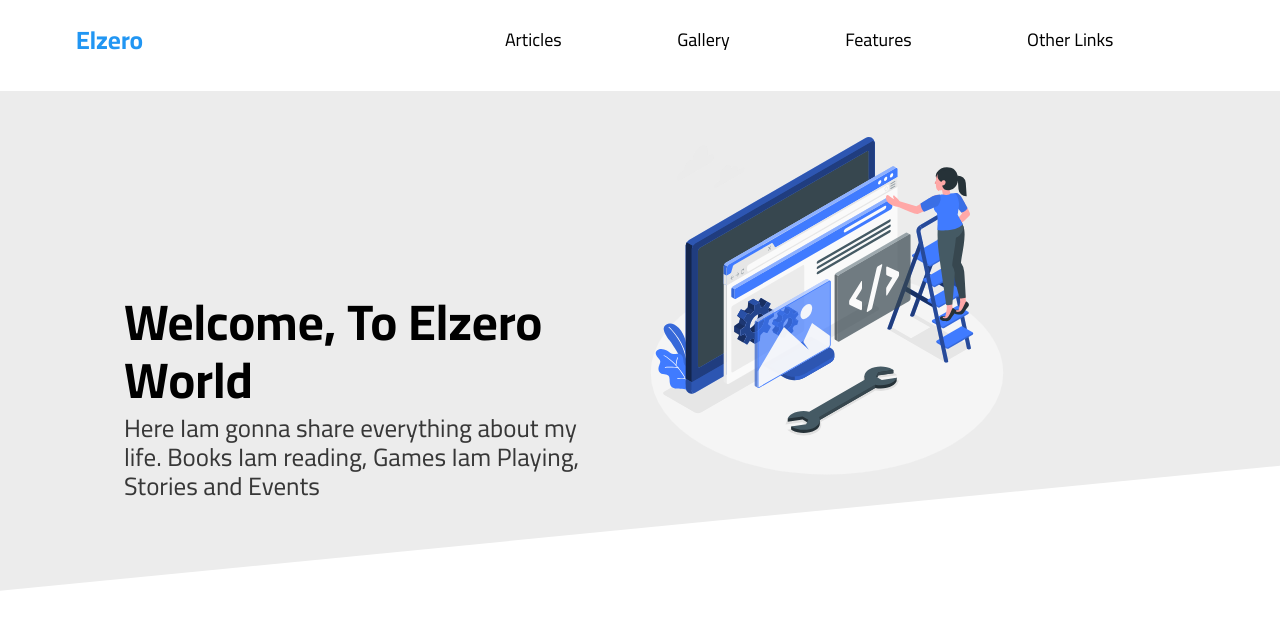
Repository: Toqa-25/elzeroAcdemey-Templete
Page: index.html
These files come from the project's save history. The page is drawn as it stood at one moment and after the next save; the edit follows.
The browser window is 1280 px wide. The pictures show the whole page.

Above is the page before, as saved 2022-01-16 21:43:43.

### index.html
<!DOCTYPE html>
<html lang="en">
<head>
    <meta charset="UTF-8">
    <meta http-equiv="X-UA-Compatible" content="IE=edge">
    <meta name="viewport" content="width=device-width, initial-scale=1.0">
    <!-- normalize file -->
    <link rel="stylesheet" href="css/normalize.css">
    <!-- css files -->
    <link rel="stylesheet" href="css/style.css">
    <!-- fontAwosem file -->
    <link rel="stylesheet" href="css/all.min.css">
     <!-- font files -->
     <link rel="preconnect" href="https://fonts.googleapis.com">
    <link rel="preconnect" href="https://fonts.gstatic.com" crossorigin>
    <link href="https://fonts.googleapis.com/css2?family=Cairo:wght@200;400;700;800;900&display=swap" rel="stylesheet">
    <!-- page title -->
    <title>templete 3</title>
</head>
<body>
    <!-- header section -->
    <header id="" class="">
        <div class="container">
            <div class="header-content">
                <div class="header-content-logo">
                    <a href="index.html" class="logo link-none">Elzero</a>
                </div>
                <nav>
                    <ul class="nav-list unlist">
                        <li class="nav-list-item"> <a href="" class="link-none  link-style" id="articles">articles</a></li>
                        <li class="nav-list-item"> <a href="" class="link-none  link-style" id="gallery">gallery</a></li>
                        <li class="nav-list-item"> <a href="" class="link-none  link-style" id="features">features</a></li>
                        <li class="nav-list-item" id="parent-other-links"> <a href="javascript:;" class="link-none  link-style " >other links</a>
                            <div class="other-links " id="child-other-links">
           <div class="other-links-content">
            <div class="other-links-content-img">
                <img src="images/header/Video files-amico.svg" alt="">
            </div>

            <ul class="other-links-list unlist">
            <div class="other-links-list-group-one">
              <li id="" class="other-links-list-item"><a href="" class="link-none  link-style "><i class="far fa-comments"></i> testimonials</a></li>
              <li id="" class="other-links-list-item"><a href="" class="link-none  link-style "><i class="far fa-user"></i> team member</a></li>
              <li id="" class="other-links-list-item"><a href="" class="link-none  link-style"><i class="far fa-building"></i> services</a></li>
              <li id="" class="other-links-list-item"><a href="" class="link-none  link-style"><i class="far fa-check-circle"></i> our skils</a></li>
              <li id="" class="other-links-list-item"><a href="" class="link-none  link-style"><i class="far fa-clipboard"></i> how it work</a></li>
            </div>
            <div class="other-links-list-group-one">
                <li id="" class="other-links-list-item"><a href="" class="link-none  link-style"><i class="far fa-calendar-alt"></i> events</a></li>
                <li id="" class="other-links-list-item"><a href="" class="link-none  link-style"><i class="fas fa-server"></i> pricing planes</a></li>
                <li id="" class="other-links-list-item"><a href="" class="link-none  link-style"><i class="far fa-play-circle"></i> top video</a></li>
                <li id="" class="other-links-list-item"><a href="" class="link-none  link-style"><i class="fas fa-chart-bar"></i> states</a></li>
                <li id="" class="other-links-list-item"><a href="" class="link-none  link-style"><i class="fas fa-percent"></i> request a discount</a></li>
            </div>
        </ul>
       </div>
       </div>
                        </li>

                    </ul>
                </nav>
            </div>
        </div>
    </header>
    <!-- welcom section -->
    <section id="welcome" class="welcome">
        <div class="container">
            <div class="welcome-content">
                <div class="welcome-content-info">
                    <h1 class="welcome-content-info-head">welcome, to elzero world</h1>
                    <p class="welcome-content-info-text">Here Iam gonna share everything about my life. Books Iam reading, Games Iam Playing, Stories and Events</p>
                </div>
                <div class="welcome-content-img">
                    <img src="images/welcome/Website setup-amico.svg" alt="" srcset="">
                </div>
            </div>
        </div>

    </section>


       <script src="script.js">

       </script>
</body>
</html>

### css/style.css
 /*
  - container
  -section head

 */
 /* global style */
 :root{
     /* --main-color:#45B2F8; */
     --main-color:#2196F3;
     --s-background:#ececec54;
     --f-background:#ececec;
     --p-color:#D6ECEC;
 }

 *{
     box-sizing: border-box;
     margin: 0;
     padding: 0;
 }
html , body{
    width: 100%;
    height: 100%;
    margin: 0;
    padding: 0;
    overflow: hidden;
}
 body{
     font-family: "Cairo", sans-serif;
 }
 .container{
      width: 90%;
      margin:0 auto;
      /* padding: 15px 0; */
 }
 .link-none{
     text-decoration: none;
 }
 .unlist{
     list-style: none;
 }
 .link-style{
    font-size: 18px;
    text-transform: capitalize;
 }

 /* header style */
 header{
   margin-bottom: 10px;
 }
.header-content{
    display: flex;
    justify-content: space-between;
    align-items: center;
    padding: 10px 12px ;
    margin-bottom: 10px;
}
.logo{
    font-weight: bolder;
    font-size:25px;
    color:var(--main-color)
}

nav{
    width: 70%;
}
.nav-list{
    display: flex;
    justify-content: space-evenly;
    align-items: center;
}
.nav-list-item {
    cursor: pointer;
    color:#000;
    padding: 20px  25px;
    position: relative;
    transition: background-color .2s ;
    -webkit-transition: background-color .2s ;
    -moz-transition: background-color .2s ;
    -ms-transition: background-color .2s ;
    -o-transition: background-color .2s ;
}
.nav-list-item::before{
    content: "";
    height: 3px;
    width: 0;
    background-color: var(--main-color);
    position: absolute;
    top: 0px;
    left: 0;
    transition: width .6s;
    -webkit-transition: width .6s;
    -moz-transition: width .6s;
    -ms-transition: width .6s;
    -o-transition: width .6s;
}
.nav-list-item a{
        color:#000;
}

.nav-list-item:hover  {
    background-color: var(--s-background);
}
.nav-list-item:hover  a {
    color:var(--main-color);
}
.nav-list-item:hover::before{
        width: 100%;
}
#parent-other-links{
    position: relative;
}
#parent-other-links:hover #child-other-links{
    transform:translateY(20px) ;
    -webkit-transform:translateY(20px) ;
    -moz-transform:translateY(20px) ;
    -ms-transform:translateY(20px) ;
    -o-transform:translateY(20px) ;
}
/* media query for header*/
@media (max-width:767px){
    .header-content{
        flex-direction:column ;
        padding:5px 12px;
}
.header-content-logo{
    margin-bottom: 5px;
}
nav{
    width: 80%;
}
.nav-list-item{
    padding:17px 10px;
}
.nav-list-item a{
    font-size: 15px;
}
}
                       /*************************************/
/* style for other links */
.other-links{
 /*margin-top: 10px;
 */margin: 10 auto;
 transform: translatey(1000%);
 -webkit-transform: translatey(1000%);
 -moz-transform: translatey(1000%);
 -ms-transform: translatey(1000%);
 -o-transform: translatey(1000%);
 transition: transform .5s;
 -webkit-transition: transform .5s;
 -moz-transition: transform .5s;
 -ms-transition: transform .5s;
 -o-transition: transform .5s;
}
.other-links-content{
    display: flex;
    border-bottom: 4px solid var(--main-color);
    border-top: 2px solid var(--s-background);
}
.other-links-content-img{
    margin:auto;
}
.other-links-content-img img{
    width: 100%;
}
.other-links-list{
    width:55%;
    display: flex;
    justify-content: space-between;
    padding: 10px;
    align-items: center;
}
.other-links-list-group-one{
    width:45%
}
.other-links-list-item{
    padding: 15px ;
    border-bottom: 1px solid rgba(0, 0, 0, 0.337);
    position: relative;
    cursor: pointer;

}
.other-links-list-item:last-child{
    border:none;
}
.other-links-list-item::before{
    content:"";
    position: absolute;
    top: 0;
    left: 0;
    height: 100%;
    width: 0%;
    background-color: var(--s-background);
    transition:width .5s;
    -webkit-transition:width .5s;
    -moz-transition:width .5s;
    -ms-transition:width .5s;
    -o-transition:width .5s;
}
.other-links-list-item:hover::before{
    width: 100%;
}
.other-links-list-item a{
    font-weight: bold;
    color:var(--main-color)
}
.other-links-list-item > a > i{
 margin-right: 10px;
}
.other{
    transform: translatey(20px);
    -webkit-transform: translatey(20px);
    -moz-transform: translatey(20px);
    -ms-transform: translatey(20px);
    -o-transform: translatey(20px);
}
#child-other-links{
    width:85vw;
    position: absolute;
    right: 5px;
    /* background-color: violet; */
}
@media(max-width:991px){
    #child-other-links{
     width:87vw;
    }
     .other-links-content-img{
        display: none;
    }
    .other-links-list{
        width: 100%;
    }
}
@media(max-width:767px){
    #child-other-links{
        width:100vw;
        margin-right: -166px;
    }
     .other-links-list{
        flex-direction: column;
    }
        .other-links-list-group-one{
    width:100%;
}
.other-links-list-item:last-child{
    border-bottom: 1px solid rgba(0, 0, 0, 0.337);
}
 .other-links-list-item a{
     font-size: 18px;
 }
}
/********************************************************************************************/
/* style for other welcome section */

.welcome{
    /* background-color: var(--s-background);
    clip-path: polygon(0 0, 100% 0, 100% 35%, 0 70%);
    margin-bottom: 500px; */
    /* background-color: var(--s-background);
    clip-path: polygon(0 0, 100% 0, 100% 35%, 0 70%);
    margin-bottom: 500px; */
   background-color: var(--f-background);
    clip-path: polygon(0 0, 100% 0, 100% 75%, 0 100%);
    height: 500px;
    padding: 20px 0px;
    margin-bottom: 500px;

}

.welcome-content{
    display: flex;
}
.welcome-content-info{
    width:50%;
    padding: 150px 60px;
}
.welcome-content-info-head {
    font-size: 50px;
    text-transform: capitalize;
    margin-bottom: 5px;
}
.welcome-content-info-text{
    color:rgba(0, 0, 0, 0.77);
    font-size: 25px;
}
.welcome-content-img{
    width:50%
}
.welcome-content-img img{
    width:65%
}

### script.js
let otherParent = document.getElementById("parent-other-links");
let otherChild = document.getElementById("child-other-links");
otherParent.onclick = function () {
  otherChild.classList.toggle("other");
};

Loaded but not shown: css/normalize.css (library); css/all.min.css (library)

After the next save:
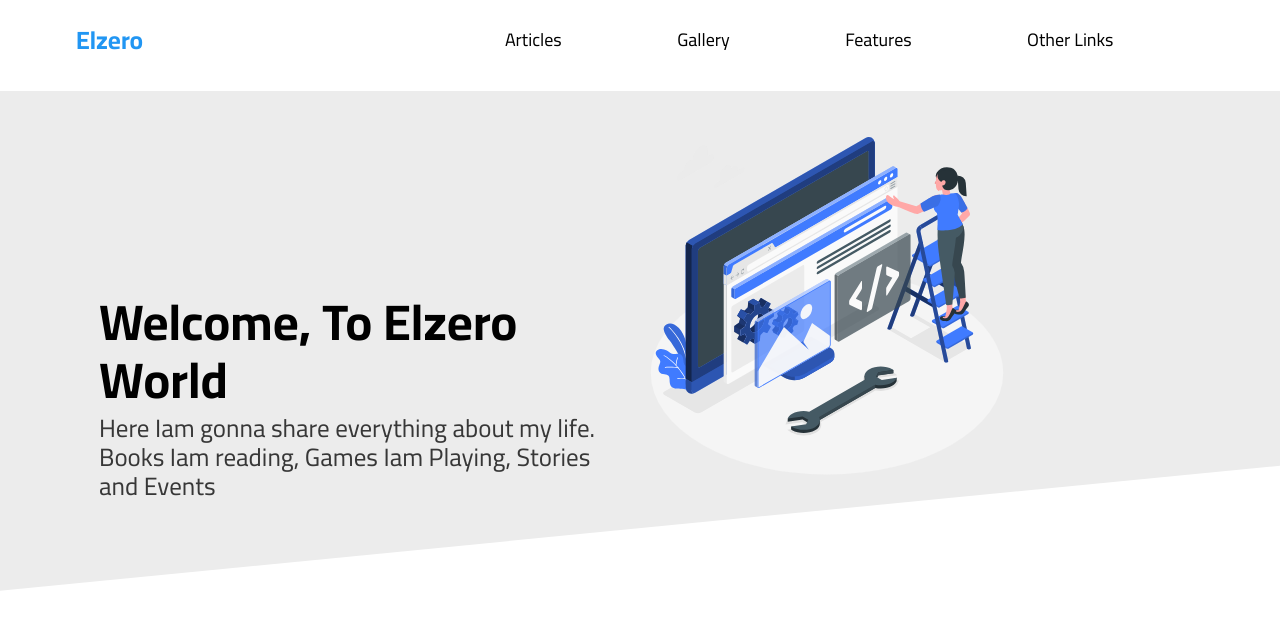
Saved 69 s later.
--- a/css/style.css
+++ b/css/style.css
@@ -271,7 +271,7 @@ nav{
 }
 .welcome-content-info{
     width:50%;
-    padding: 150px 60px;
+    padding: 150px 35px;
 }
 .welcome-content-info-head {
     font-size: 50px;
